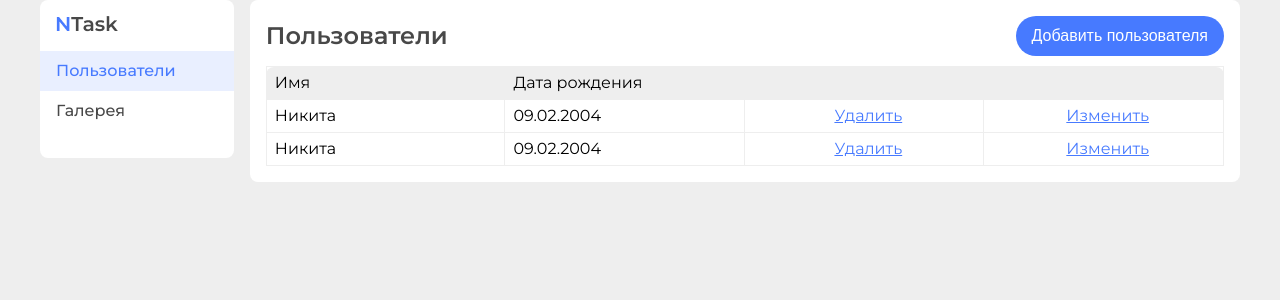
Repository: Grid-Master/NTask
Page: /
These files come from the project's save history. The page is drawn as it stood at one moment and after the next save; the edit follows.
The browser window is 1280 px wide. The pictures show the whole page.
The project was rebuilt for these pictures with package versions that can differ from the ones it lists, and the page was loaded fresh each time.

Above is the page before, as saved 2023-06-05 11:42:29.

### public/index.html
<!DOCTYPE html>
<html lang="en">
  <head>
    <meta charset="utf-8" />
    <link rel="icon" href="%PUBLIC_URL%/favicon.ico" />
    <meta name="viewport" content="width=device-width, initial-scale=1" />
    <meta name="theme-color" content="#000000" />
    <meta name="description" content="Web site created using create-react-app" />
    <link rel="apple-touch-icon" href="%PUBLIC_URL%/logo192.png" />
    <link rel="preconnect" href="https://fonts.googleapis.com" />
    <link rel="preconnect" href="https://fonts.gstatic.com" crossorigin />
    <link
      href="https://fonts.googleapis.com/css2?family=Montserrat:wght@300;400;500;600;700&display=swap"
      rel="stylesheet" />
    <link rel="manifest" href="%PUBLIC_URL%/manifest.json" />
    <title>React App</title>
  </head>
  <body>
    <noscript>You need to enable JavaScript to run this app.</noscript>
    <div id="root"></div>
  </body>
</html>

### src/index.css
html, body, div, span, applet, object, iframe,
h1, h2, h3, h4, h5, h6, p, blockquote, pre,
a, abbr, acronym, address, big, cite, code,
del, dfn, em, img, ins, kbd, q, s, samp,
small, strike, strong, sub, sup, tt, var,
b, u, i, center,
dl, dt, dd, ol, ul, li,
fieldset, form, label, legend,
table, caption, tbody, tfoot, thead, tr, th, td,
article, aside, canvas, details, embed,
figure, figcaption, footer, header, hgroup,
menu, nav, output, ruby, section, summary,
time, mark, audio, video {
	margin: 0;
	padding: 0;
	border: 0;
	font-size: 100%;
	font: inherit;
	vertical-align: baseline;
}
/* HTML5 display-role reset for older browsers */
article, aside, details, figcaption, figure,
footer, header, hgroup, menu, nav, section {
	display: block;
}
body {
	line-height: 1;
}
ol, ul {
	list-style: none;
}
blockquote, q {
	quotes: none;
}
blockquote:before, blockquote:after,
q:before, q:after {
	content: '';
	content: none;
}
table {
	border-collapse: collapse;
}
body {
  margin: 0;
  font-family: Montserrat;
  background: #EEEEEE;

}

code {
  font-family: source-code-pro, Menlo, Monaco, Consolas, 'Courier New',
    monospace;
}

### src/App.tsx
import './App.css';
import Navbar from './components/navabar/Navbar';
import UserList from './components/userList/UserList';

function App() {
  return (
    <div className="App">
      <Navbar />
      <UserList />
    </div>
  );
}

export default App;

### src/App.css
.App {
  display: flex;
  align-items:start;
  gap: 16px;
  max-width: 1200px;
  margin: 0 auto;
}

@media screen and (max-width: 1200px) {
  .App {
    flex-direction: column;
    max-width: 1000px;
  }
}
@media screen and (max-width: 1000px) {
  .App {
    max-width: 600px;
    padding: 16px;
  }
}
@media screen and (max-width: 600px) {
  .App {
    max-width: 320px;
  }
}

### src/components/navabar/Navbar.tsx
import { FC } from 'react';
import './navbar.sass';
const logo = require('../../images/logo.png');

const Navbar: FC = () => {
  return (
    <div className="navbar">
      <div className="navbar__imagecontainer">
        <img src={logo} alt="logo" />
      </div>
      <div className="navbar__item navbar__active">Пользователи</div>
      <div className="navbar__item">Галерея</div>
    </div>
  );
};

export default Navbar;

### src/components/userList/UserList.tsx
import React, { FC } from 'react';
import './userList.sass';

const UserList: FC = () => {
  return (
    <div className="userList">
      <div>
        <h1 className="userList__title">Пользователи</h1>
        <button className="userList__addUserBtn">Добавить пользователя</button>
      </div>
      <table className="userList__table">
        <tr className="userList__table-info">
          <td>Имя</td>
          <td>Дата рождения</td>
          <td></td>
          <td></td>
        </tr>
        <tr>
          <td>Никита</td>
          <td>09.02.2004</td>
          <td className="userList__table-btn">Удалить</td>
          <td className="userList__table-btn">Изменить</td>
        </tr>
        <tr>
          <td>Никита</td>
          <td>09.02.2004</td>
          <td className="userList__table-btn">Удалить</td>
          <td className="userList__table-btn">Изменить</td>
        </tr>
      </table>
    </div>
  );
};

export default UserList;

### src/components/navabar/navbar.sass
.navbar
    width: 200px
    height: 158px
    background: #FFFFFF
    border-radius: 8px
    &__imagecontainer
        padding: 16px 0
        margin-left: 16px
    &__item
        padding: 8px 16px
        cursor: pointer
        font-weight: 500
        font-size: 16px
        line-height: 150%
        color: #484848
    &__active
        background: #E9EFFF
        color: #477AFF

@media screen and (max-width: 600px)
    .navbar
        width: 288px
        height: 158px

### src/components/userList/userList.sass
.userList
    // width: 100%
    background: #FFFFFF
    border-radius: 8px
    padding: 16px
    >div
        display: flex
        align-items: center
        justify-content: space-between
    &__title
        font-weight: 600
        font-size: 24px
        line-height: 150%
        color: #484848
    &__addUserBtn
        font-weight: 500
        font-size: 16px
        line-height: 100%
        color: #FFFFFF
        background: #477AFF
        border-radius: 20px
        padding: 12px 16px
        border: none
        outline: none
        cursor: pointer
        transition: .3s
        &:hover
            opacity: .8
    &__table
        margin-top: 10px
        // width: 952px
        td
            border: 1px solid #EEEEEE
            width: 238px
            text-align: start
            padding: 8px 0
            padding-left: 8px
        &-btn
            cursor: pointer
            text-decoration-line: underline
            color: #477AFF
            transition: .2s
            text-align: center !important
            &:hover
                opacity: .8
        tr:first-child td:first-child
            border-radius: 8px 0 0 0
        tr:first-child td:last-child
            border-radius: 0 8px 0 0
        tr:last-child td:first-child
            border-radius: 0 0 8px 0
        tr:last-child td:last-child
            border-radius: 0 0 0 8px //??
        &-info
            background-color: #EEEEEE
            border-radius: 8px !important

@media screen and (max-width: 1200px)
    .userList
        width: calc( 100% - 32px )

Loaded but not shown: src/index.tsx (common file)

After the next save:
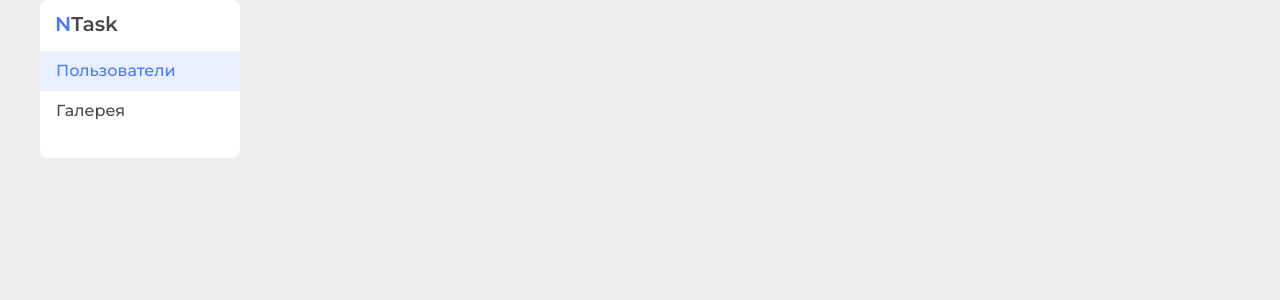
Saved 26 s later.
--- a/src/App.tsx
+++ b/src/App.tsx
@@ -6,7 +6,7 @@ function App() {
   return (
     <div className="App">
       <Navbar />
-      <UserList />
+      {/* <UserList /> */}
     </div>
   );
 }
